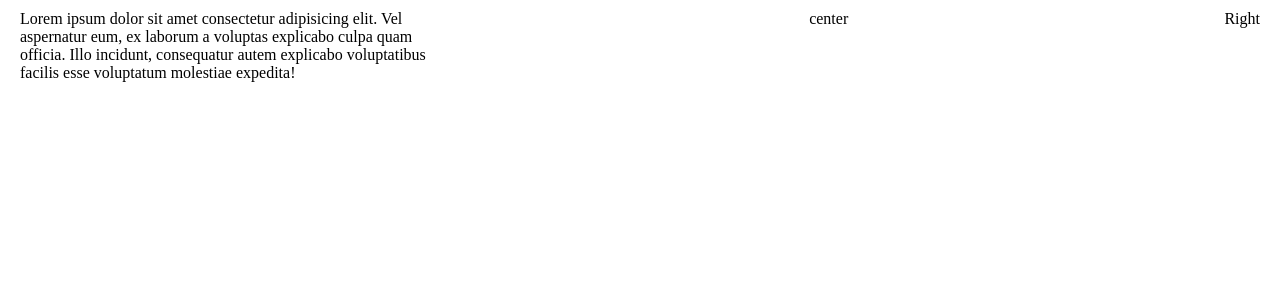
Repository: svitsvishal/myReactApp
Page: /products/undefined
An editor plug-in stored every save of this project. The page is shown before and after the next save, followed by the edit.
The browser window is 1280 px wide. The pictures show the whole page.
Some web fonts or font styles are not loaded; a fallback is used. The project was rebuilt for these pictures with package versions that can differ from the ones it lists, and the page was loaded fresh each time.

Above is the page before, as saved 2022-06-23 17:08:39.

After the next save:
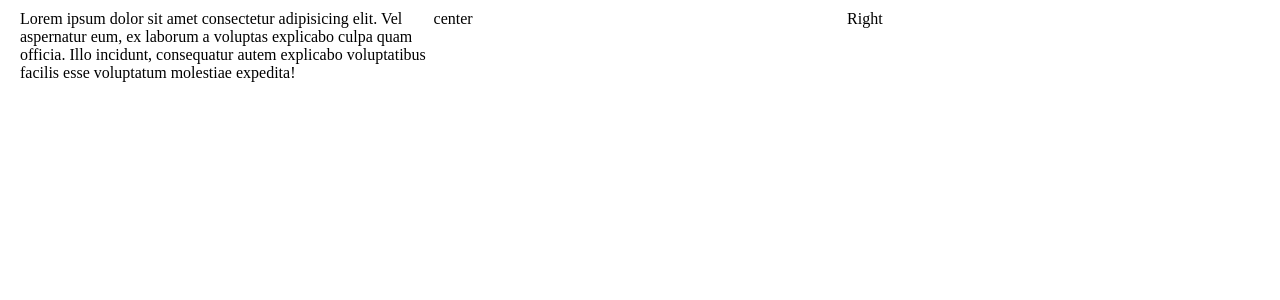
Saved 15 s later.
--- a/src/Components/Navbar.js
+++ b/src/Components/Navbar.js
@@ -14,8 +14,12 @@
 const Left =styled.div`
 width :33.3%
 `
-const Right =styled.div``
-const Center =styled.div``
+const Right =styled.div`
+width :33.3%
+`
+const Center =styled.div`
+width :33.3%
+`
 
 
 
